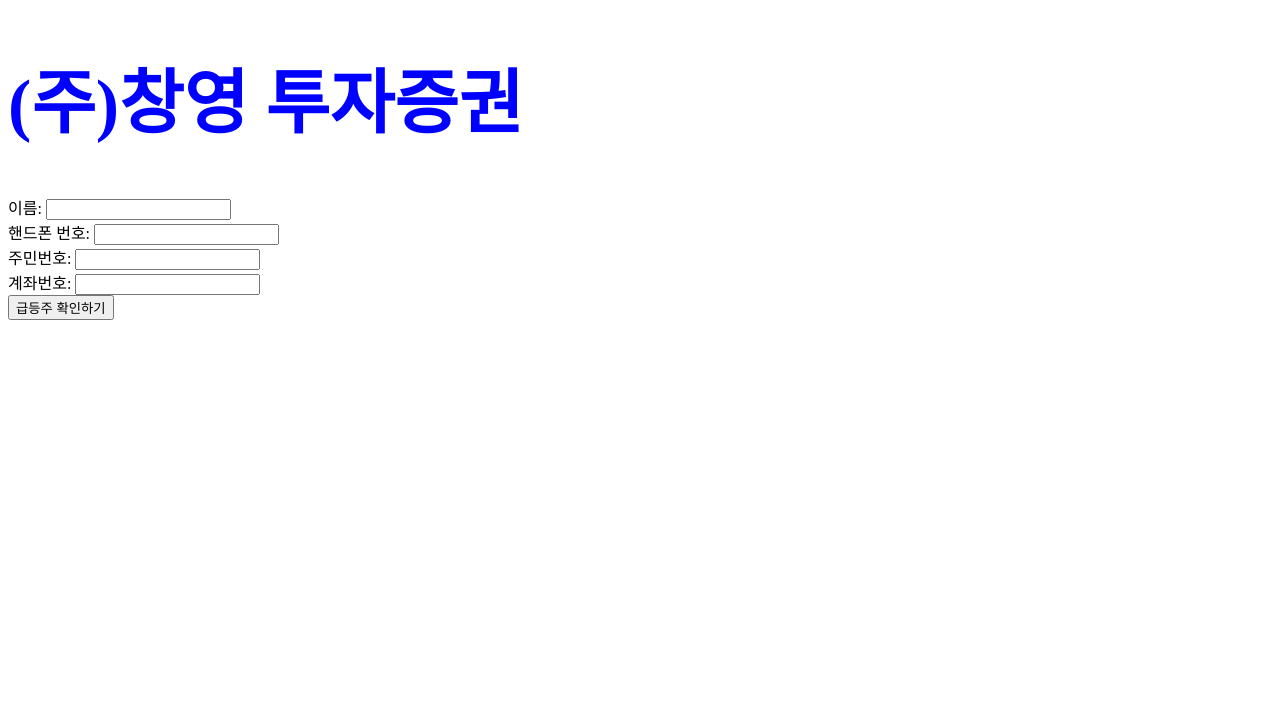
Repository: keeka2/webPractice
Page: MyStudy/HTML_Study/work/0821/WebContent/ex8_form.html
An editor plug-in stored every save of this project. The page is shown before and after the next save, followed by the edit.
The browser window is 1280 px wide. The pictures show the whole page.

Above is the page before, as saved 2020-08-21 08:47:34.

After the next save:
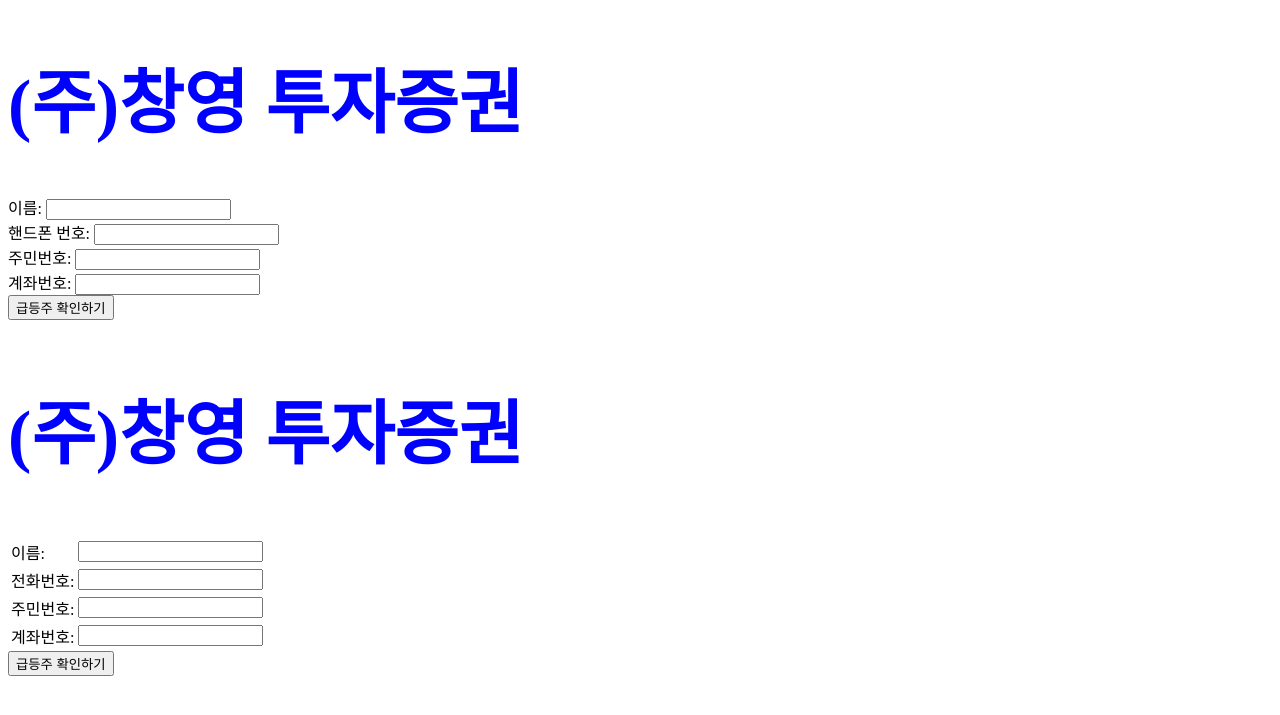
Saved 13 min 48 s later.
--- a/MyStudy/HTML_Study/work/0821/WebContent/ex8_form.html
+++ b/MyStudy/HTML_Study/work/0821/WebContent/ex8_form.html
@@ -25,7 +25,43 @@
 	<input type="text" id="s_account" name="account"/><br/>
 	<input type="button" value="급등주 확인하기" onclick="test()"/>
 
+
+	<article>
+		<header>
+			<h1>(주)창영 투자증권</h1>
+		</header>
+		<div id="content">
+			<form action="" method="get">
+				<table>
+					<tbody>
+						<tr>
+							<td><label for="s_name">이름:</label>
+							<td><input type="text" id="s_name" name="name"/><br/></td>
+						</tr>
+						<tr>
+							<td><label for="s_phone">전화번호:</label>
+							<td><input type="text" id="s_phone" name="phone"/><br/></td>
+						</tr>
+						<tr>
+							<td><label for="s_per">주민번호:</label>
+							<td><input type="text" id="s_per" name="per"/><br/></td>
+						</tr>
+						<tr>
+							<td><label for="s_acc">계좌번호:</label>
+							<td><input type="text" id="s_acc" name="acc"/><br/></td>
+						</tr>
+
+					</tbody>
+				</table>
+			</form>
+			<input type="button" value="급등주 확인하기" onclick="test()"/>
+
+		</div>
+	</article>
+
 </body>
+
+
 <script>
 	function test(){
 		alert("꺼억^ㅗ^");
